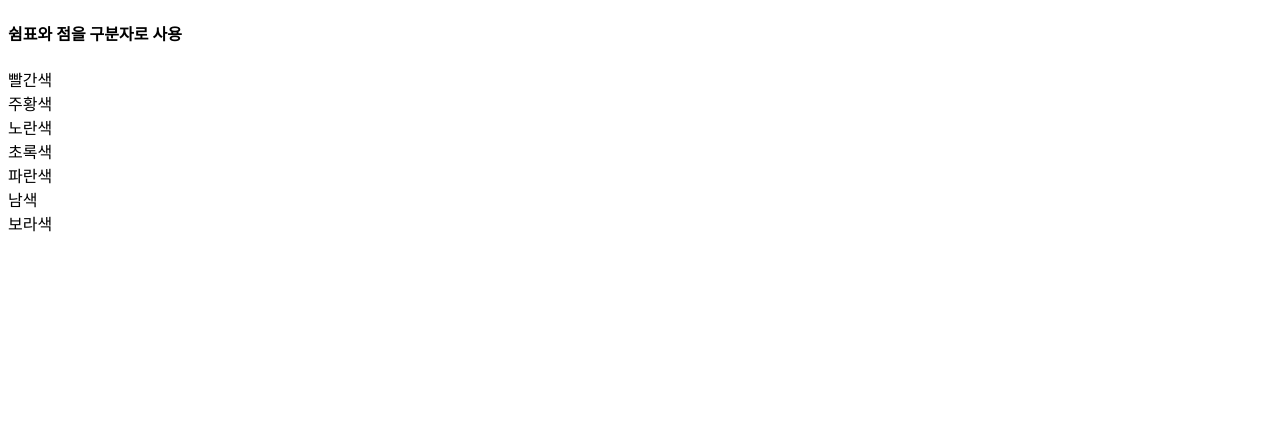
Repository: coolSummer1119/study
Page: http://localhost/ch03_Jsp/ch21_jstl/s06_forTokens.jsp
An editor plug-in stored every save of this project. The page is shown before and after the next save, followed by the edit.
The browser window is 1280 px wide. The pictures show the whole page.
The page is served by Tomcat 9.

Above is the page before, as saved 2024-05-07 05:07:29.

After the next save:
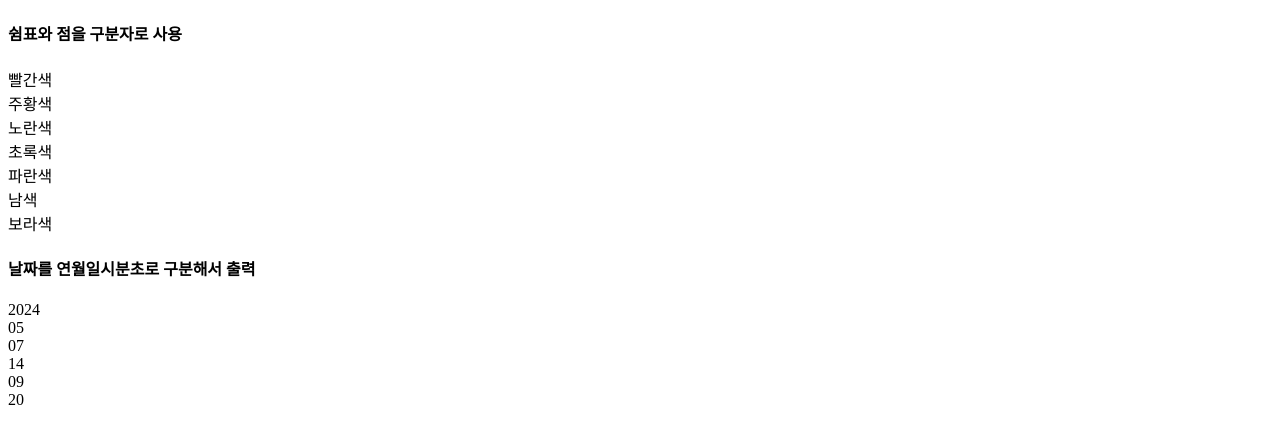
Saved 2 min 52 s later.
--- a/workspace/ch03_Jsp/src/main/webapp/ch21_jstl/s06_forTokens.jsp
+++ b/workspace/ch03_Jsp/src/main/webapp/ch21_jstl/s06_forTokens.jsp
@@ -11,7 +11,12 @@
 <h4>쉼표와 점을 구분자로 사용</h4>
 <c:forTokens items="빨간색,주황색.노란색.초록색,파란색,남색.보라색" var="token" delims=",.">
 ${token}<br>
+</c:forTokens>
 
+<h4>날짜를 연월일시분초로 구분해서 출력</h4>
+<c:forTokens items="2024-05-07 14:09:20" var="now" delims=" :-">
+${now}<br>
 </c:forTokens>
+
 </body>
 </html>
